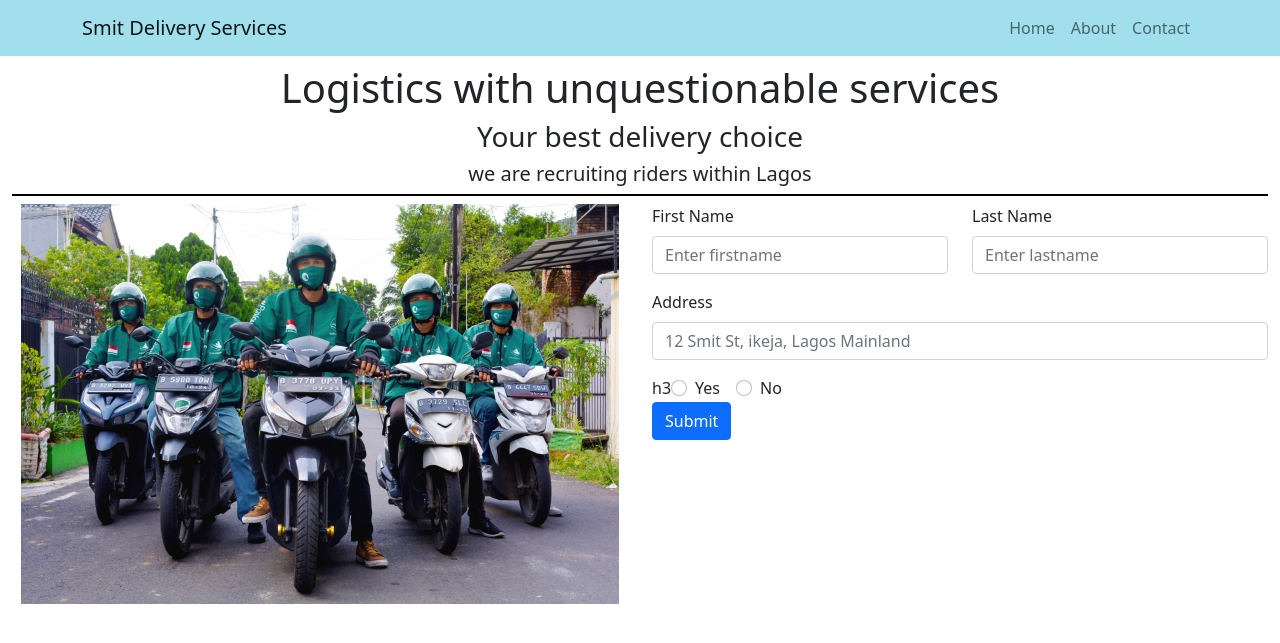
Repository: smit1298/logistic
Page: /
An editor plug-in stored every save of this project. The page is shown before and after the next save, followed by the edit.
The browser window is 1280 px wide. The pictures show the whole page.
The project was rebuilt for these pictures with package versions that can differ from the ones it lists, and the page was loaded fresh each time.

Above is the page before, as saved 2021-10-04 04:07:56.

After the next save:
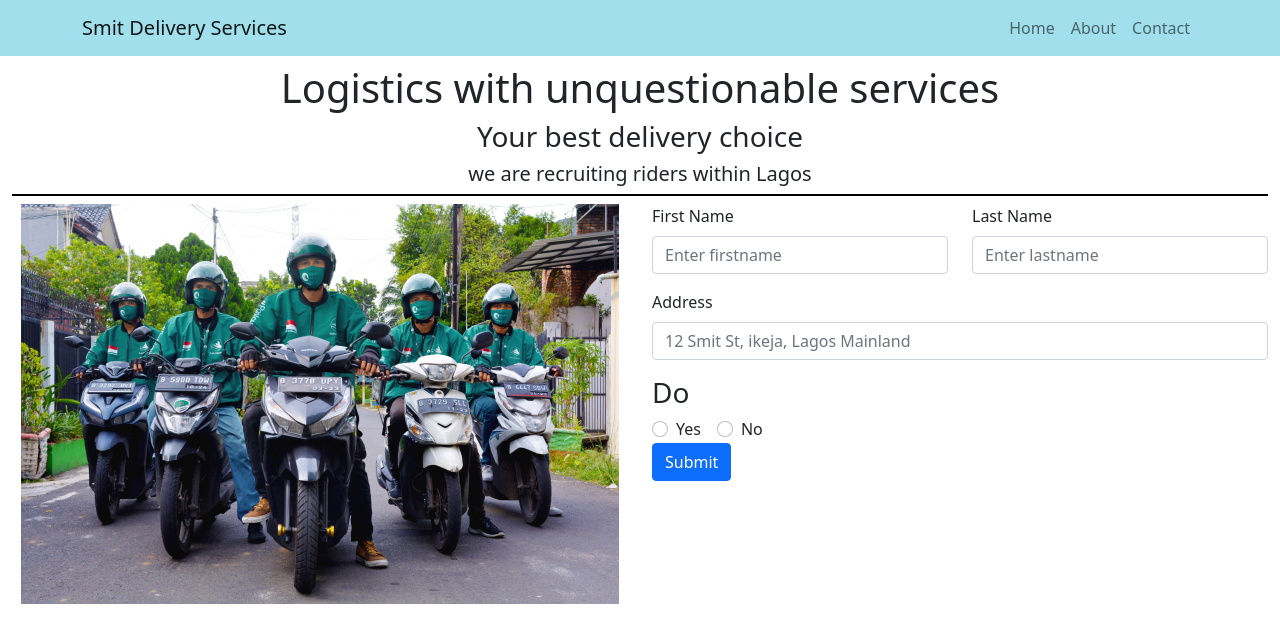
Saved 5 s later.
--- a/src/components/recruit/RecruitForm.jsx
+++ b/src/components/recruit/RecruitForm.jsx
@@ -34,7 +34,7 @@ const recruitForm = () => {
             </Form.Group>
 
             <Form.Group>
-                h3
+                <h3>Do</h3>
               <div class="form-check form-check-inline">
                 <input
                   class="form-check-input"
